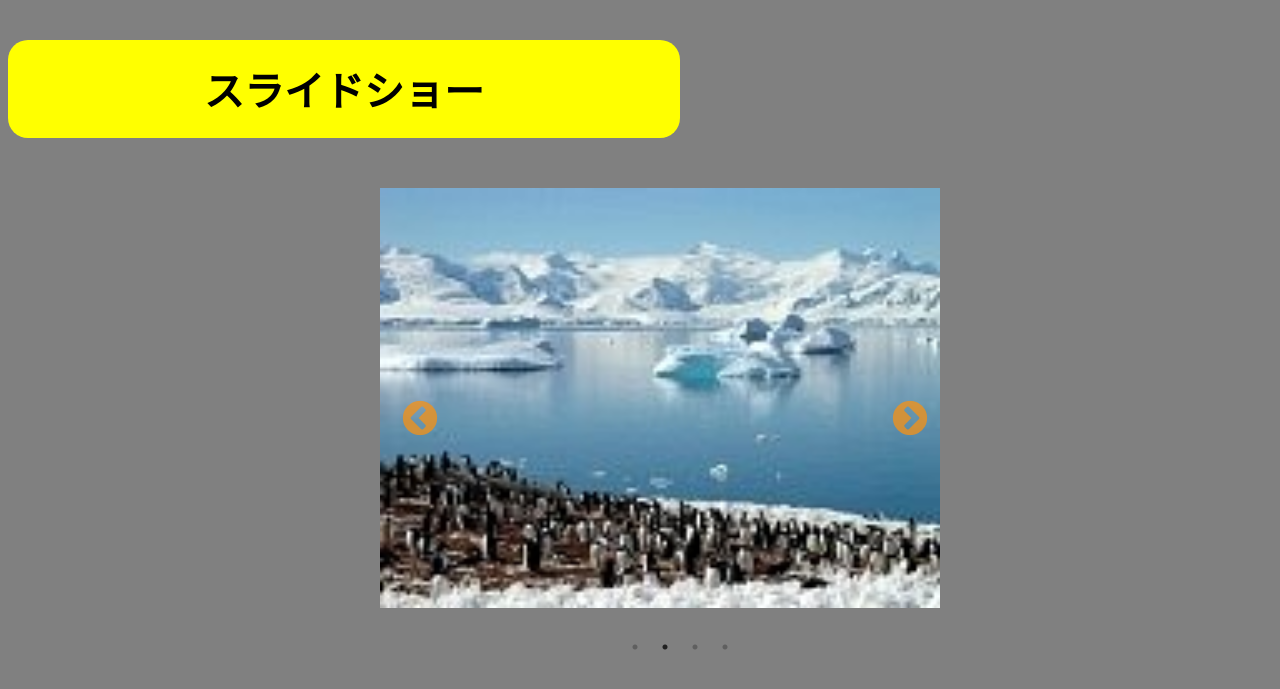
Repository: uemura-15/slideShow
Page: contents/index.html
The author's editor kept a record of every edit. The page is drawn from the files as they stood at one moment, then again after the next edit.
The browser window is 1280 px wide. The pictures show the whole page.

Above is the page before.

After the next edit:
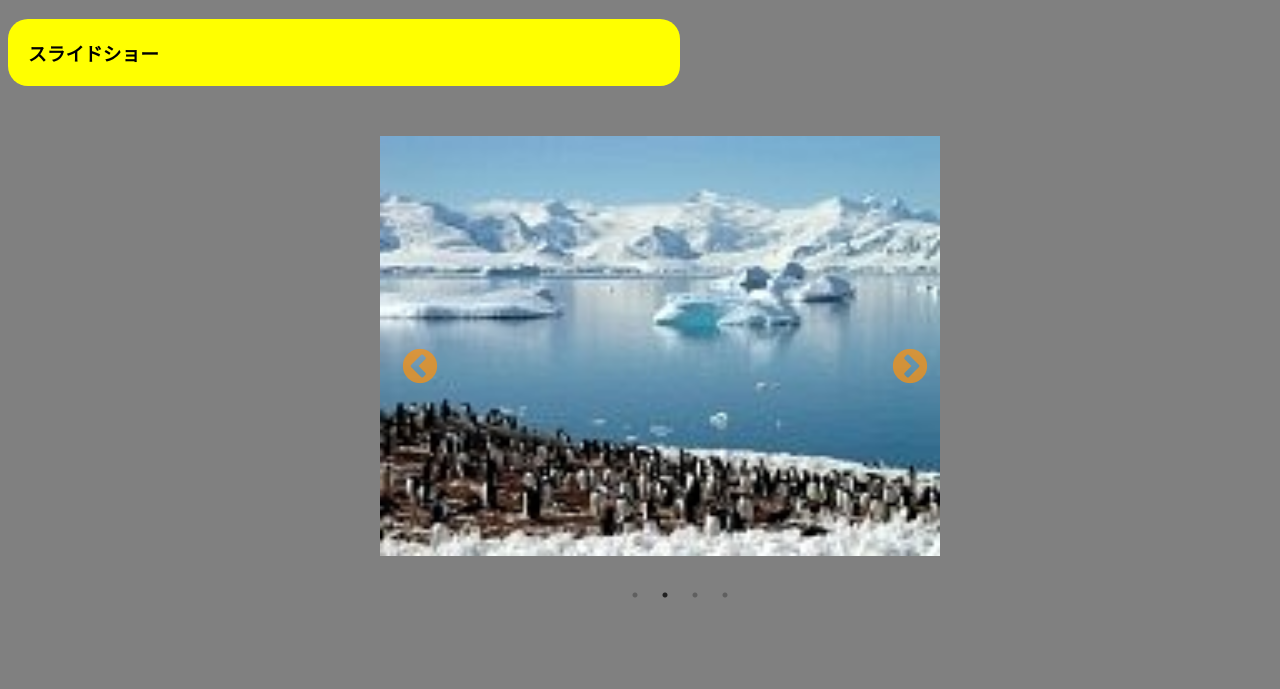
The edit:
--- a/contents/css/style.css
+++ b/contents/css/style.css
@@ -12,9 +12,7 @@
     padding: 20px;
     background-color: yellow;
     border-radius: 20px;
-    text-align: center;
-    font-size: 40px;
-
+    background-position: center
 }
 
 ul,li {
